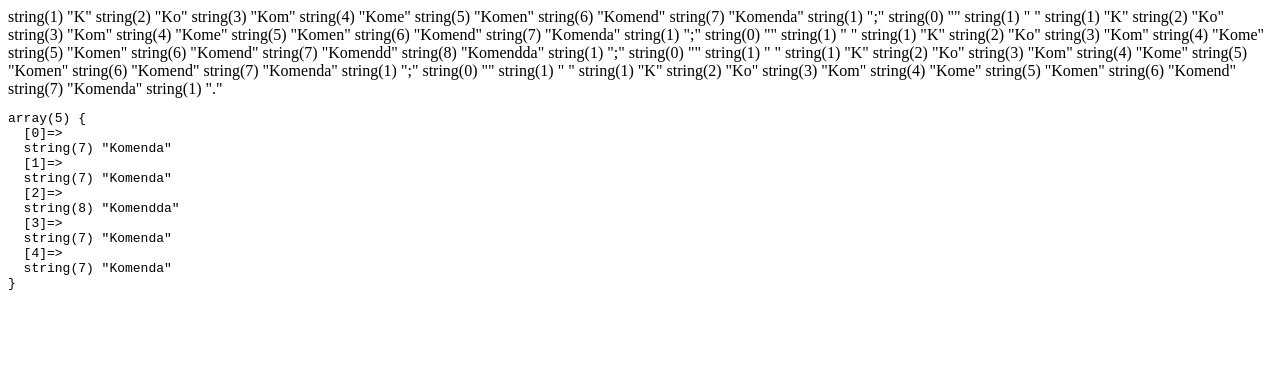
Repository: mahoone/revising_php
Page: http://localhost/Config.php
An editor plug-in stored every save of this project. The page is shown before and after the next save, followed by the edit.
The browser window is 1280 px wide. The pictures show the whole page.
The page is run by PHP 8.4 with error messages shown; the project is at /var/www/html/.

Above is the page before, as saved 2020-06-01 22:06:29.

After the next save:
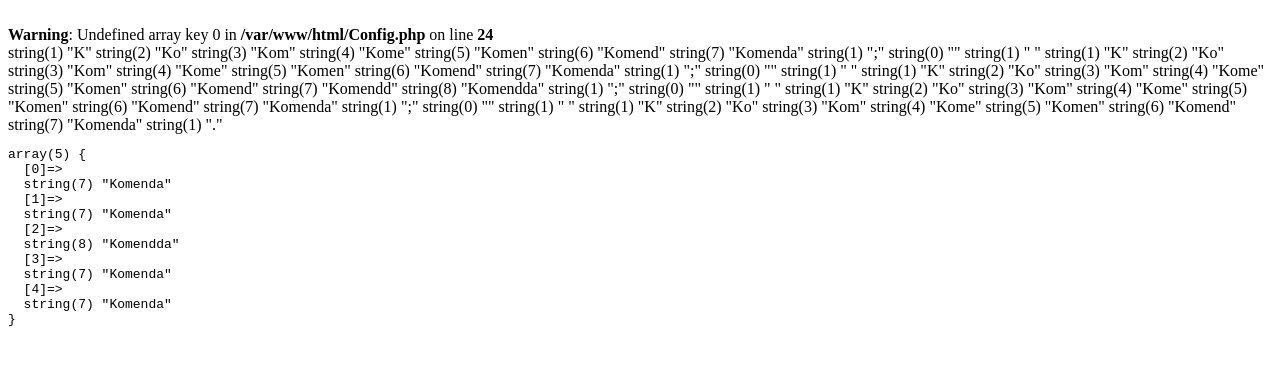
Saved 7 s later.
--- a/Config.php
+++ b/Config.php
@@ -1,7 +1,7 @@
 <?php
 
 $tekst = 'Komenda; Komenda; Komendda; Komenda; Komenda. To juz pomojamy.';
-$tablica = array('');
+$tablica = array();
 $t = 0;
 
 for($i = 0; $i < strlen($tekst); $i++)

After the save that followed:
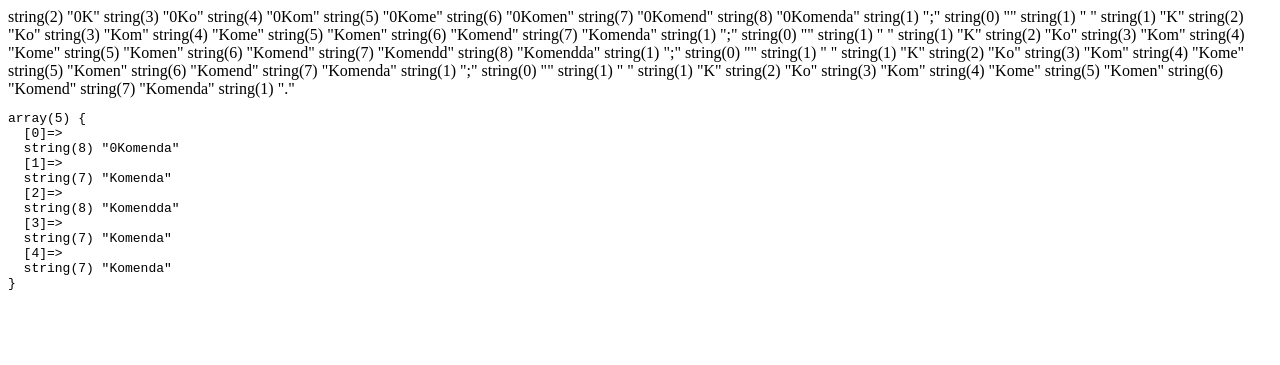
Saved 7 s later.
--- a/Config.php
+++ b/Config.php
@@ -1,7 +1,7 @@
 <?php
 
 $tekst = 'Komenda; Komenda; Komendda; Komenda; Komenda. To juz pomojamy.';
-$tablica = array();
+$tablica = array(0);
 $t = 0;
 
 for($i = 0; $i < strlen($tekst); $i++)
